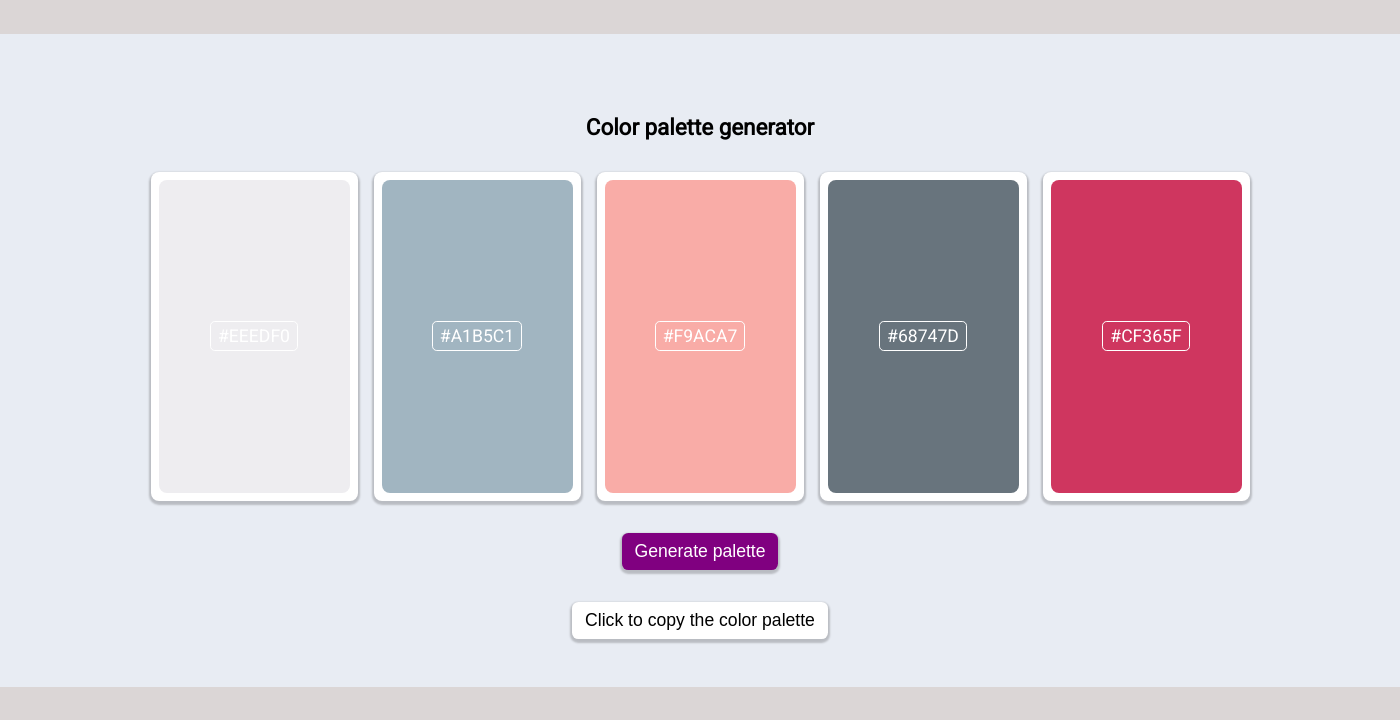
Repository: Hcmwebs/Color-Palette-Generator
Page: index.html
The author's editor kept a copy of each file at every save. The page is drawn from the files as they stood at one save, then again after the next save.
The browser window is 1280 px wide. The page is 1400 px wide, so the pictures cover 1400 px, including what lies to the right of the window. The pictures show the whole page.

Above is the page before, as saved 2020-10-23 10:33:36.

### index.html
<!DOCTYPE html>
<html lang="en">
<head>
    <meta charset="UTF-8">
    <meta name="viewport" content="width=device-width, initial-scale=1.0">
    <link rel="stylesheet" href="styles.css">
    <script src="main.js" defer></script>
    <title>Color Pallete Generator</title>
</head>
<body>
    <div class="container">

        <!-- <button class="btn">Color #F9ACA7 copied to your clipboard</button> -->
        <h2>Color palette generator</h2>
        <div class="card">
            <div class="card__item">
                <div class="card__color card__color--lightPurpleish">
                    <div class="card__tag">#EEEDF0</div>
                </div>

            </div>

            <div class="card__item">
                <div class="card__color card__color--lightBlueGreenish">
                    <div class="card__tag">#A1B5C1</div>
                </div>

            </div>

            <div class="card__item ">
                <div class="card__color card__color--lightReddish">
                    <div class="card__tag">#F9ACA7</div>
            </div>

            </div>

            <div class="card__item">
                <div class="card__color card__color--lightBluish">
                    <div class="card__tag">#68747D</div>
                </div>
            </div>

            <div class="card__item">
                <div class="card__color card__color--reddish">
                    <div class="card__tag">#CF365F</div>
            </div>

            </div>

        </div>
        <button class="btn btn--generate" id="btn">Generate palette</button>
        <button class="btn btn--white" id="btnSecondary">Click to copy the color palette</button>
    </div>
</body>
</html>

### styles.css
@import url('https://fonts.googleapis.com/css2?family=Roboto:wght@300;400&display=swap');

* {
  box-sizing: border-box;
  margin: 0;
  padding: 0;
}

body {
  font-family: 'Roboto', sans-serif;
  font-weight: 300;
  font-size: 10px;
  width: 100vw;
  height: 100vh;
  display: grid;
  place-items: center;
  background-color: rgba(124, 107, 107, 0.274);
}
h2,
h3 {
  font-weight: light;
  margin: 2rem;
  text-align: center;
}
h2 {
  font-size: 1.4rem;
}

h3 {
  font-size: 1.2rem;
}
button{
  cursor: pointer;
  font-size: 1.1rem;
  padding: 0.5rem 0.8rem;
  border-radius: 0.4rem;
  border: none;
  box-shadow: 0px 2px 2px 2px rgba(0, 0, 0, 0.2);
  transition: all 0.7s ease-in;
}
button:hover{
  transform: scale(.98);
  box-shadow: 0px 5px 4px 5px rgba(0, 0, 0, 0.5);

}

.container {
  width: 1400px;
  max-width: 100%;
  overflow: hidden;
  margin: auto;
  padding: 3rem 0;
  display: flex;
  flex-direction: column;
  justify-content: space-between;
  align-items: center;
  background-color: #e8ecf3;
}

.card {
  display: grid;
  grid-template-columns: repeat(5, 1fr);
  gap: 1rem;
  justify-content: center;
}
.card__item {
  width: 207px;
  height: 329px;
  padding: 0.5rem;
  border-radius: 0.5rem;
  box-shadow: 0px 2px 2px 2px rgba(0, 0, 0, 0.2);
  display: flex;
  flex-direction: column;
  justify-content: space-between;
  align-items: center;
  background-color: #fff;
  cursor:pointer;
  transition: all 0.7s ease-in-out;
}
 .card__item:hover {
  box-shadow: 0px 5px 4px 5px rgba(0, 0, 0, 0.5);
  transform: scale(1.01);
}
.card__item.active{
  box-shadow: 0px 5px 4px 5px rgba(0, 0, 0, 0.5);
  transform: scale(1.01);
}

.card__color {
  width: 100%;
  height: 100%;
  border-radius: 0.5rem;
  display: flex;
  justify-content: center;
  align-items: center;
}
.card__color--lightPurpleish {
  background-color: #eeedf0;
}

.card__color--lightBlueGreenish {
  background-color: #a1b5c1;
}

.card__color--lightReddish {
  background-color: #f9aca7;
}

.card__color--lightBluish {
  background-color: #68747d;
}

.card__color--reddish {
  background-color: #cf365f;
}
.card__tag {
  font-size: 1.1rem;
  font-weight: 400;
  margin: auto;
  color:#fff;
  border:1px solid #fff;
  padding: 4px 7px;
  border-radius: 0.3rem;
}

.btn--generate {
  background-color: purple;
  color: #fff;
  margin: 2rem 0 ;
}
.btn--white {
    background-color: #fff;
    color: #000;
}
@media (max-width: 900px) {
  body {
    height: auto;
    padding: 0rem 2rem;
  }
  .container {
    min-width: 620px;
    width: 100%;
  }
  .card {
    grid-template-columns: repeat(2, 1fr);
  }
}
@media (max-width: 600px) {
  .container {
    width: 100%;
    min-width: 350px;
  }
  .card {
    grid-template-columns: 1fr;
  }
  .btn {
    width: 80%;
  }
}

### main.js
const hex = [ 0, 1, 2, 3, 4, 5, 6, 7, 8, 9,"A", "B", "C", "D"," E", "F" ];
const card = document.querySelectorAll(".card__item");
const color = document.querySelectorAll(".card__color");
const colorTag = document.querySelectorAll(".card__tag");
const btn = document.getElementById("btn");
const btnSec = document.getElementById("btnSecondary");




for(let num = 0 ; num < card.length ; num++){
  btn.addEventListener("click", random);
  card[num].addEventListener("click", random);

    function random(){

    let hexColor= "#";
    for (let i =0 ; i < 6; i++) {
      hexColor += hex[getRandomNumber()];
    }

    colorTag[num].textContent = hexColor;
    color[num].style.backgroundColor = hexColor;

  };

  function getRandomNumber(){return Math.floor(Math.random ()* hex.length)};


}

btnSec.addEventListener("click", () =>{
  alert ("Color Palette copied to the clipboard");
});

After the next save:
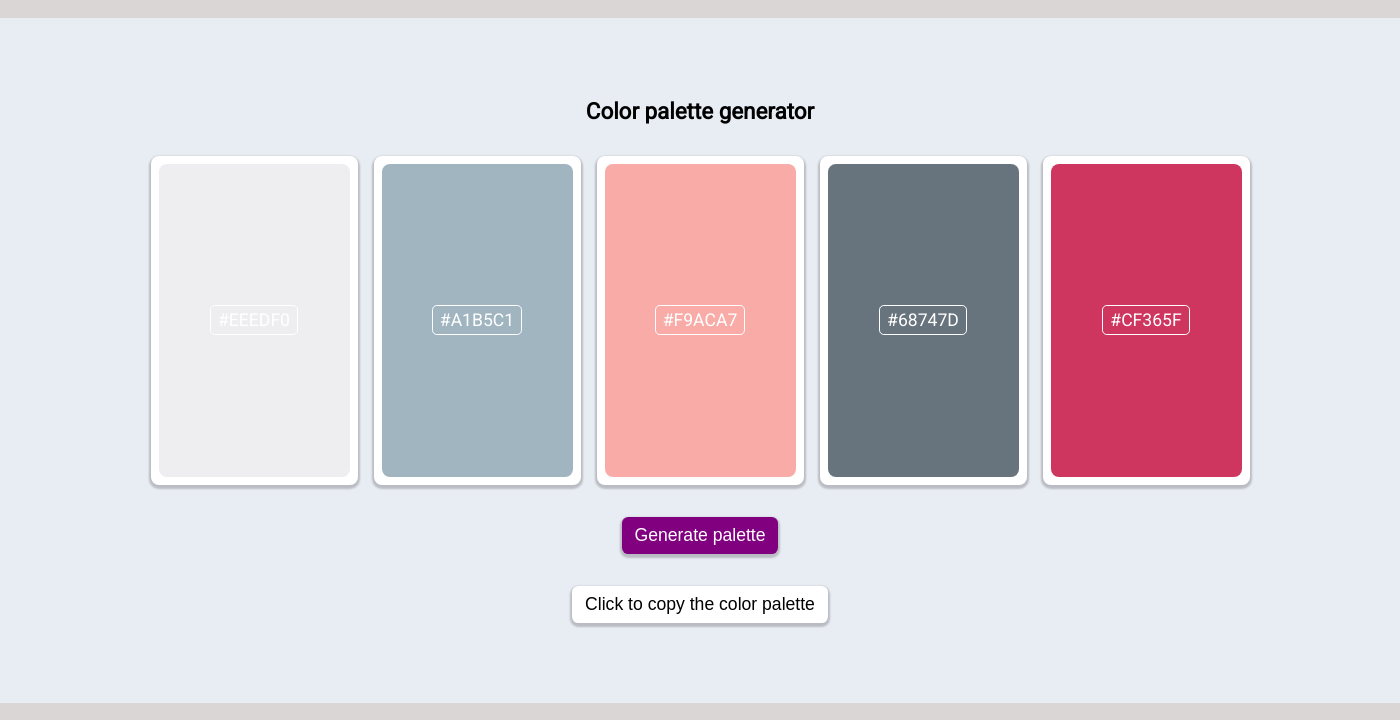
Saved 73 s later.
--- a/styles.css
+++ b/styles.css
@@ -131,6 +131,7 @@ button:hover{
 .btn--white {
     background-color: #fff;
     color: #000;
+    margin-bottom: 2rem;
 }
 @media (max-width: 900px) {
   body {
